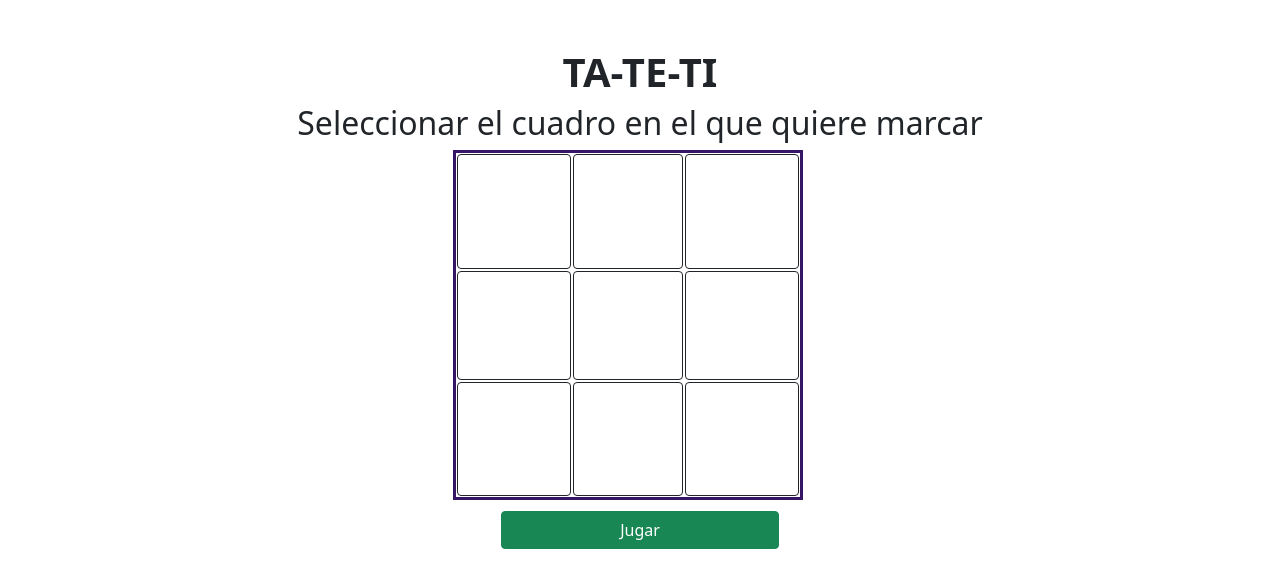
Repository: Lean97-start/TATETI
Page: Tateti.html
The author's editor kept a copy of each file at every save. The page is drawn from the files as they stood at one save, then again after a run of saves.
The browser window is 1280 px wide. The pictures show the whole page.

Above is the page before, as saved 2021-07-11 23:24:40.
Console error: SyntaxError: Unexpected token ')'

After the next 3 saves:
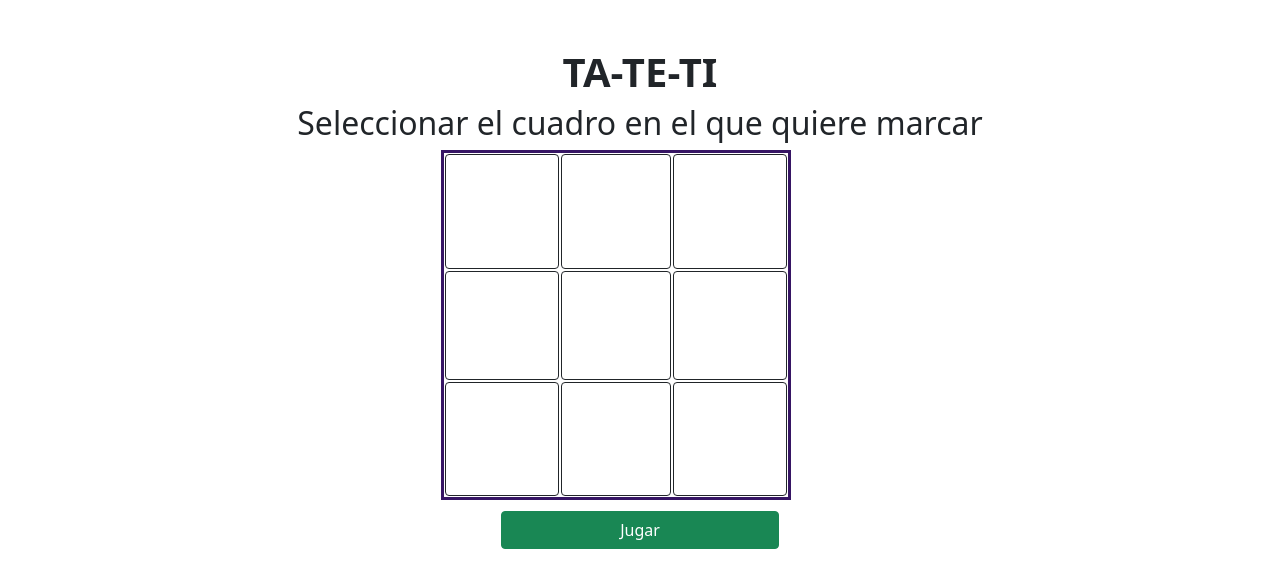
The 3 saves are shown as one change because they came seconds apart.
The last was saved 9 s later.
--- a/Tateti.html
+++ b/Tateti.html
@@ -14,7 +14,7 @@
         <H2 class="fw-normal text-center">Seleccionar el cuadro en el que quiere marcar</H2>
 
             <div class="row w-100 h-100 bg-white text-center">
-                <div class="row"></div><table class="border-3 text-center" id="cuadro">
+                <div class="row"><table class="border-3 text-center" id="cuadro">
                     <tr>
                         <td><button class="btn border-dark w-100 h-100" id="11"></button></td>
                         <td><button class="btn border-dark w-100 h-100" id="21"></button></td>
@@ -32,6 +32,7 @@
                     </tr>
                 </table>
             </div>
+            </div>
             <div class=" row">
                 <div class="btn ">
                     <button type="button" class="btn btn-success my-1 w-25" id="btn-jugar">Jugar</button>
